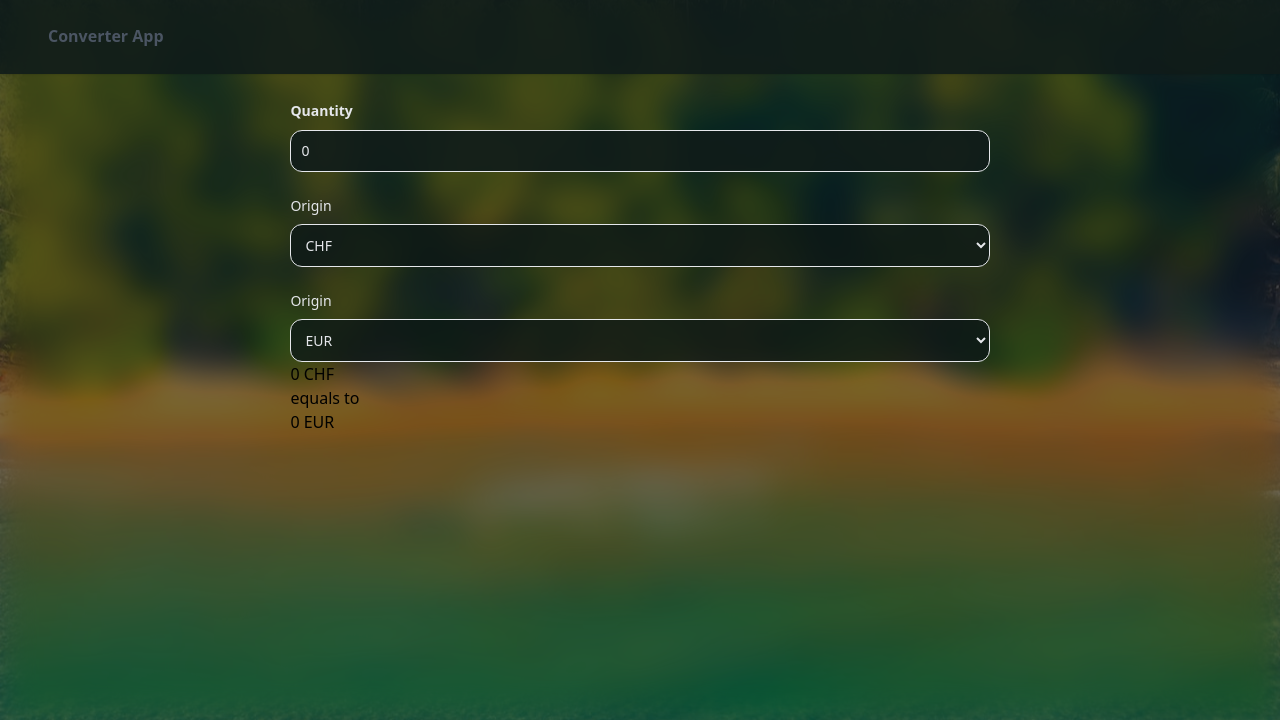
Repository: mikelCabezas/angular-exercices
Page: / (app in converter/)
These files come from the project's save history. The page is drawn as it stood at one moment and after the next save; the edit follows.
The browser window is 1280 px wide. The pictures show the whole page.
The project was rebuilt for these pictures with package versions that can differ from the ones it lists, and the page was loaded fresh each time. Also part of the build but not shown: converter/angular.json.

Above is the page before, as saved 2023-09-15 21:31:57.

After the next save:
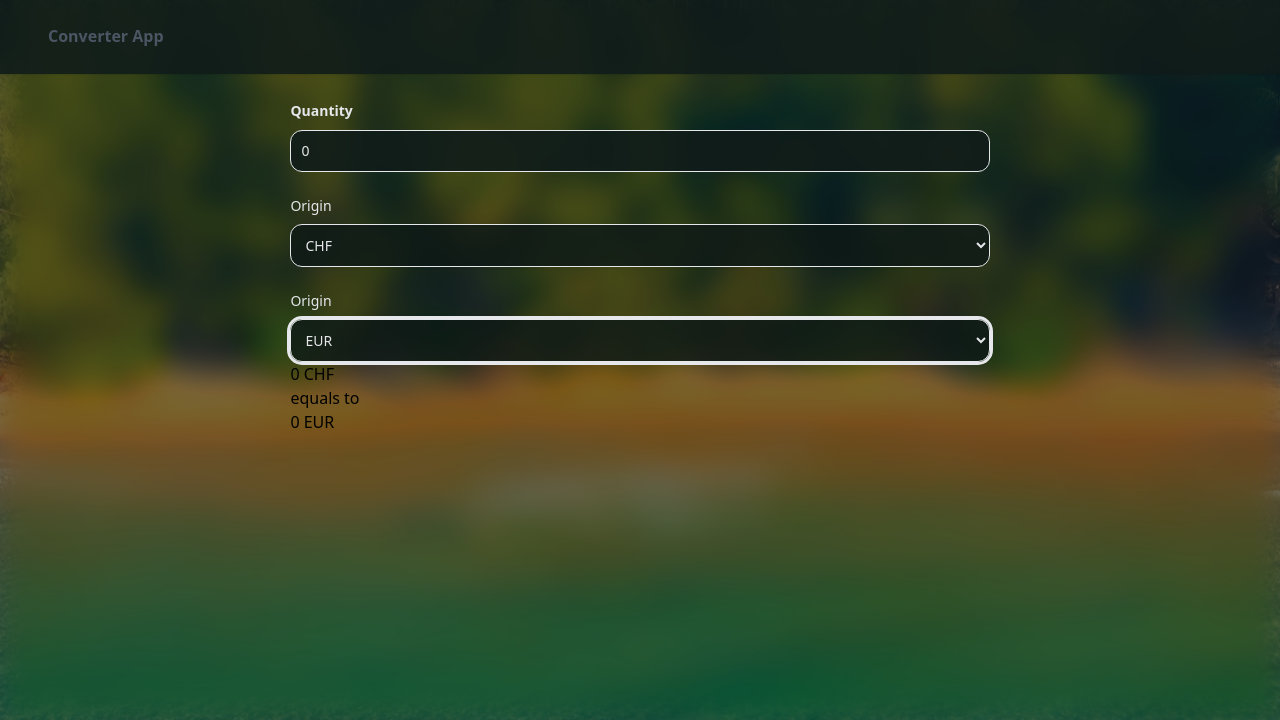
Saved 100 s later.
--- a/converter/src/app/components/converter/converter.component.html
+++ b/converter/src/app/components/converter/converter.component.html
@@ -15,7 +15,7 @@
         </div>
         <div class="col px-5">
             <label for="conversion" class="block mb-2 text-sm font-medium text-gray-200">Origin</label>
-            <select id="conversion" placeholder="Choose a currency" class="text-sm rounded-xl block w-full p-2.5 bg-[rgba(13,24,23,0.8)] border-gray-200 border-[1px] placeholder-gray-200 text-gray-200 focus:white" [(ngModel)]="convertTo" (change)="converse()">
+            <select id="conversion" placeholder="Choose a currency" class="outline text-sm rounded-xl block w-full p-2.5 bg-[rgba(13,24,23,0.8)] border-gray-200 border-[1px] placeholder-gray-200 text-gray-200 focus:white" [(ngModel)]="convertTo" (change)="converse()">
                 <option *ngFor="let singleCurrency of currencies">{{singleCurrency}}</option>
             </select>
         </div>
